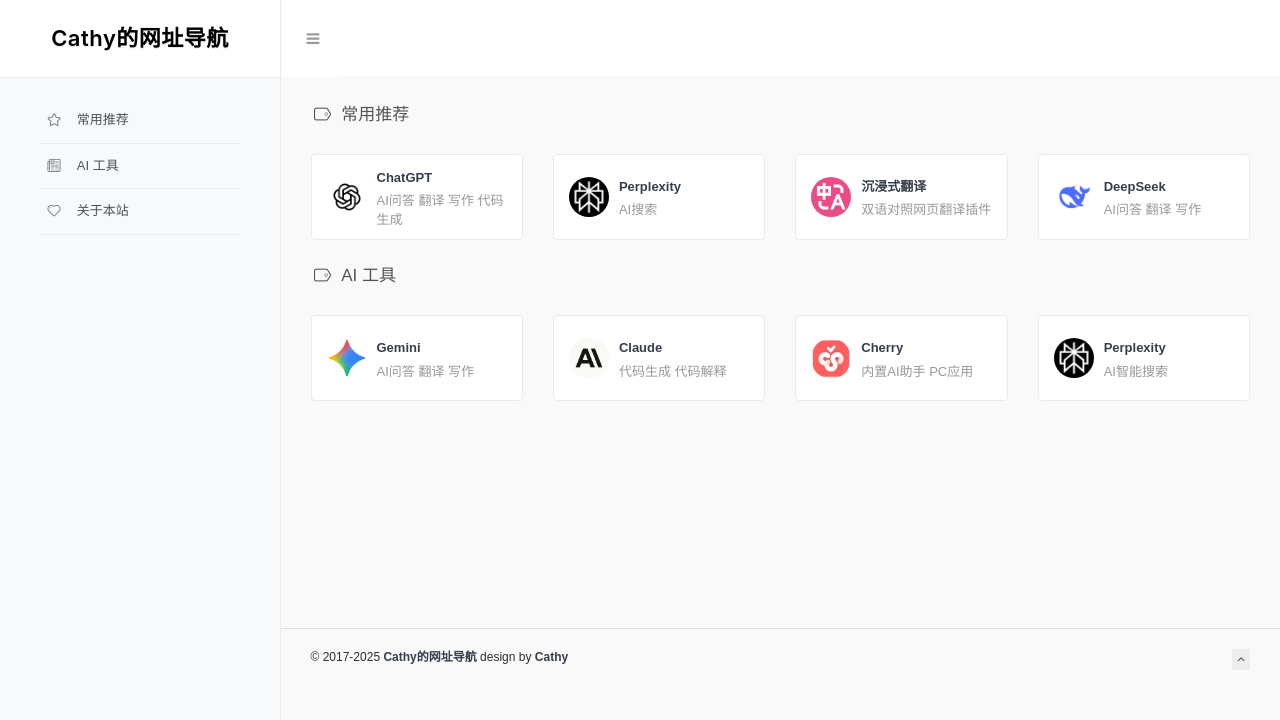
Repository: SweetPomelo0/AINav
Page: cn/index.html
These files come from the project's save history. The page is drawn as it stood at one moment and after the next save; the edit follows.
The browser window is 1280 px wide. The pictures show the whole page.

Above is the page before, as saved 2025-07-24 23:45:44.

After the next save:
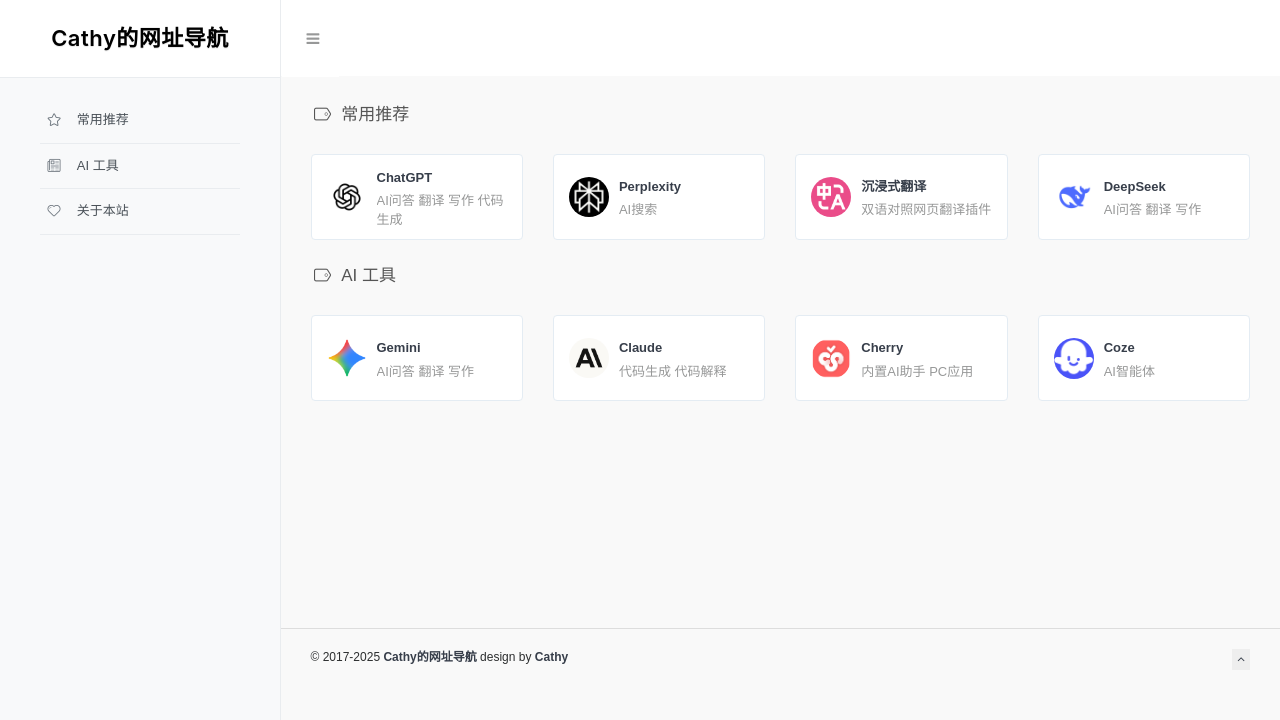
Saved 79 s later.
--- a/cn/index.html
+++ b/cn/index.html
@@ -388,18 +388,18 @@
                     </div>
                 </div>
 
-          <!-- Perplexity -->
+          <!-- Coze -->
              <div class="col-sm-3">
-                    <div class="xe-widget xe-conversations box2 label-info" onclick="window.open('https://www.perplexity.ai/', '_blank')" data-toggle="tooltip" data-placement="bottom" title="" data-original-title="https://www.perplexity.ai/">
-                        <div class="xe-comment-entry">
-                            <a class="xe-user-img">
-                                <img data-src="../assets/images/logos/perplexity.png" class="lozad img-circle" width="40">
-                            </a>
-                            <div class="xe-comment">
-                                <a href="#" class="xe-user-name overflowClip_1">
-                                    <strong> Perplexity</strong>
-                                </a>
-                                <p class="overflowClip_2">AI智能搜索</p>
+                    <div class="xe-widget xe-conversations box2 label-info" onclick="window.open('https://space.coze.cn/', '_blank')" data-toggle="tooltip" data-placement="bottom" title="" data-original-title="https://space.coze.cn/">
+                        <div class="xe-comment-entry">
+                            <a class="xe-user-img">
+                                <img data-src="../assets/images/logos/coze.png" class="lozad img-circle" width="40">
+                            </a>
+                            <div class="xe-comment">
+                                <a href="#" class="xe-user-name overflowClip_1">
+                                    <strong> Coze</strong>
+                                </a>
+                                <p class="overflowClip_2">AI智能体</p>
                             </div>
                         </div>
                     </div>
